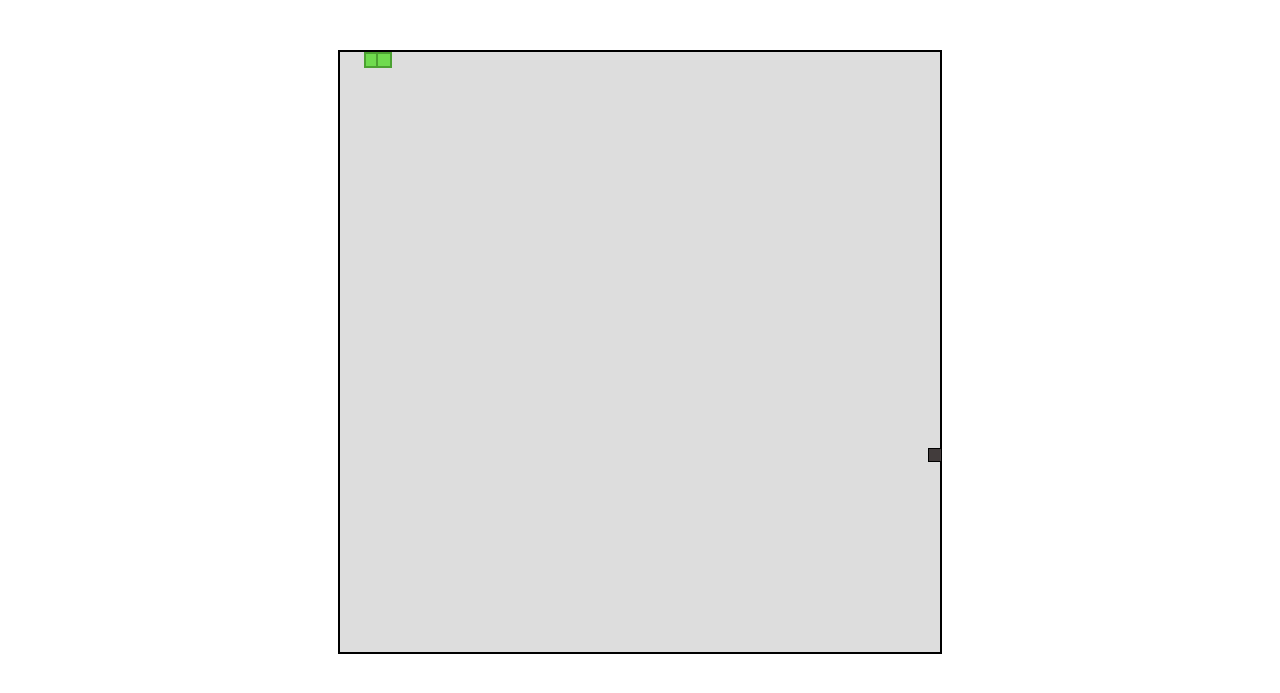
Repository: Krashgul/React_Snake_Game
Page: /
An editor plug-in stored every save of this project. The page is shown before and after the next save, followed by the edit.
The browser window is 1280 px wide. The pictures show the whole page.
The project was rebuilt for these pictures with package versions that can differ from the ones it lists, and the page was loaded fresh each time.

Above is the page before, as saved 2021-03-01 22:56:44.

### src/index.css
.game-area {
  position: relative;
  margin: 50px auto;
  width: 600px;
  height: 600px;
  background-color: #ddd;
  border: 2px solid #000;
}

.snake-dot {
  position: absolute;
  width: 2%;
  height: 2%;
  background-color: rgb(111, 219, 78);
  border: 2px solid rgb(75, 161, 49);
  z-index: 2;
}

.snake-food {
  position: absolute;
  width: 2%;
  height: 2%;
  background: rgb(66, 60, 60);
  border: 1px solid #000;
  z-index: 1;
}

### src/App.js
import React, { Component } from 'react';
import Snake from './Snake';
import Food from './Food';

const getRandomCoordinates = () => {
  let min = 1;
  let max = 98;
  let x = Math.floor((Math.random()*(max-min+1)+min)/2)*2;
  let y =  Math.floor((Math.random()*(max-min+1)+min)/2)*2;
  return [x,y]
}

const initialState = {
  food: getRandomCoordinates(),
  speed: 50,
  direction: 'RIGHT',
  snakeDots: [
    [0,0],
    [2,0]
  ]
}

class App extends Component {

  state = initialState;

  componentDidMount() {
    setInterval(this.moveSnake, this.state.speed);
    document.onkeydown = this.onKeyDown;
  }

  componentDidUpdate() {
    this.checkIfOutOfBorders();
    this.checkIfCollapsed();
    this.checkIfEat();
  }

  onKeyDown = (e) => {
    e = e || window.event;
    switch (e.keyCode) {
      case 38:
        this.setState({direction: 'UP'});
        break;
      case 40:
        this.setState({direction: 'DOWN'});
        break;
      case 37:
        this.setState({direction: 'LEFT'});
        break;
      case 39:
        this.setState({direction: 'RIGHT'});
        break;
    }
  }

  moveSnake = () => {
    let dots = [...this.state.snakeDots];
    let head = dots[dots.length - 1];

    switch (this.state.direction) {
      case 'RIGHT':
        head = [head[0] + 2, head[1]];
        break;
      case 'LEFT':
        head = [head[0] - 2, head[1]];
        break;
      case 'DOWN':
        head = [head[0], head[1] + 2];
        break;
      case 'UP':
        head = [head[0], head[1] - 2];
        break;
    }
    dots.push(head);
    dots.shift();
    this.setState({
      snakeDots: dots
    })
  }

  checkIfOutOfBorders() {
    let head = this.state.snakeDots[this.state.snakeDots.length - 1];
    if (head[0] >= 100 || head[1] >= 100 || head[0] < 0 || head[1] < 0) {
      this.onGameOver();
    }
  }

  checkIfCollapsed() {
    let snake = [...this.state.snakeDots];
    let head = snake[snake.length - 1];
    snake.pop();
    snake.forEach(dot => {
      if (head[0] == dot[0] && head[1] == dot[1]) {
        this.onGameOver();
      }
    })
  }

  checkIfEat() {
    let head = this.state.snakeDots[this.state.snakeDots.length - 1];
    let food = this.state.food;
    if (head[0] == food[0] && head[1] == food[1]) {
      this.setState({
        food: getRandomCoordinates()
      })
      this.enlargeSnake();
      this.increaseSpeed();
    }
  }

  enlargeSnake() {
    let newSnake = [...this.state.snakeDots];
    newSnake.unshift([])
    this.setState({
      snakeDots: newSnake
    })
  }

  increaseSpeed() {
    if (this.state.speed > 10) {
      this.setState({
        speed: this.state.speed - 10
      })
    }
  }

  onGameOver() {
    alert(`Game Over. Snake length is ${this.state.snakeDots.length}`);
    this.setState(initialState)
  }

  render() {
    return (
      <div className="game-area">
        <Snake snakeDots={this.state.snakeDots}/>
        <Food dot={this.state.food}/>
      </div>
    );
  }
}

export default App;

### src/Snake.js
import React from 'react';

export default (props) => {
  return (
    <div>
      {props.snakeDots.map((dot, i) => {
        const style = {
          left: `${dot[0]}%`,
          top: `${dot[1]}%`
        }
        return (
          <div className="snake-dot" key={i} style={style}></div>
        )
      })}
    </div>
  )
}

Loaded but not shown: public/index.html (common file); src/index.js (common file); src/serviceWorker.js (common file); src/Food.js (common file)

After the next save:
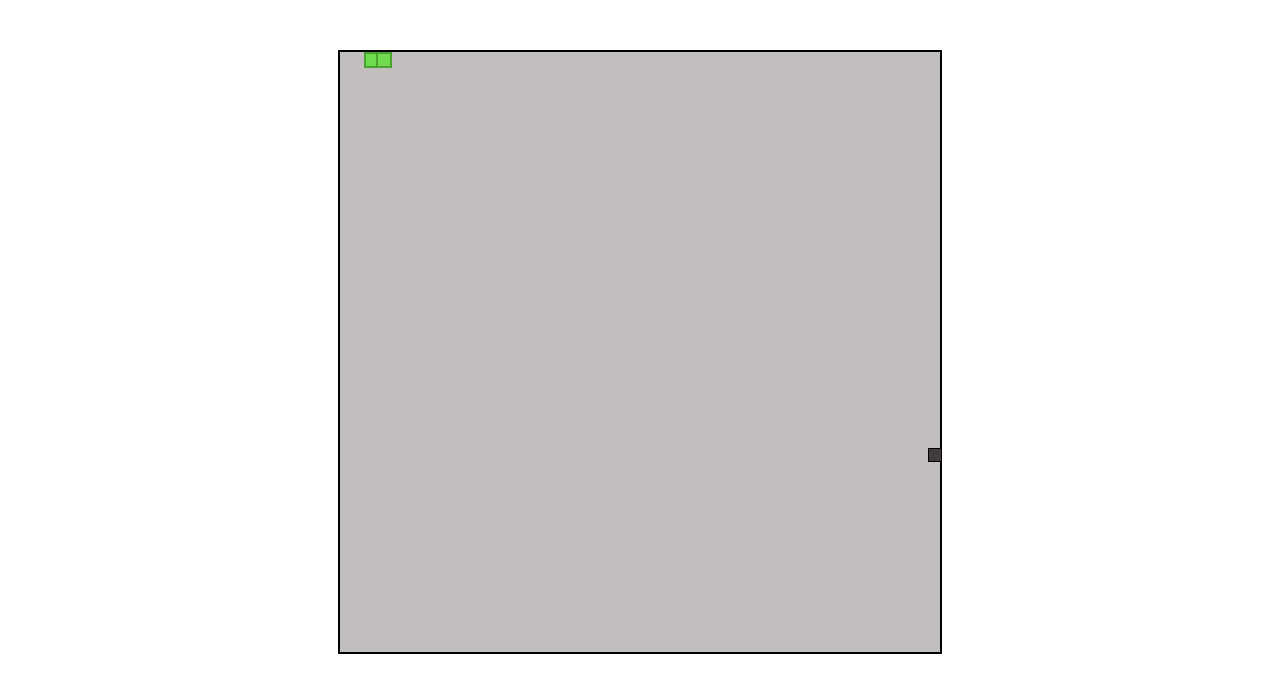
Saved 6 min 37 s later.
--- a/src/index.css
+++ b/src/index.css
@@ -3,7 +3,7 @@
   margin: 50px auto;
   width: 600px;
   height: 600px;
-  background-color: #ddd;
+  background-color: rgb(194, 190, 190);
   border: 2px solid #000;
 }
 
